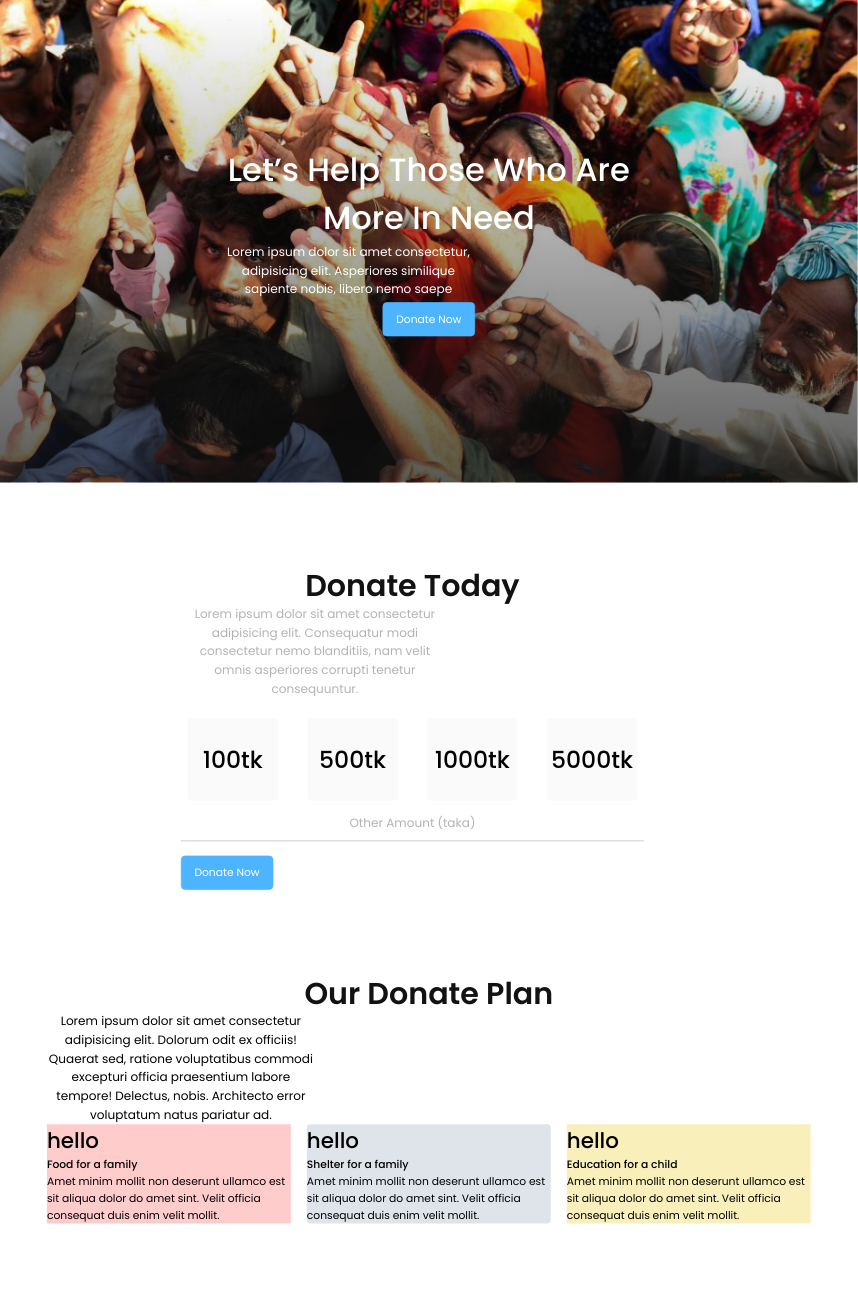
Repository: mdrubel02/donate-website
Page: index.html
The author's editor kept a copy of each file at every save. The page is drawn from the files as they stood at one save, then again after the next save.
The browser window is 1280 px wide. The pictures show the whole page, at 67% of full size.

Above is the page before, as saved 2022-07-06 14:54:47.

After the next save:
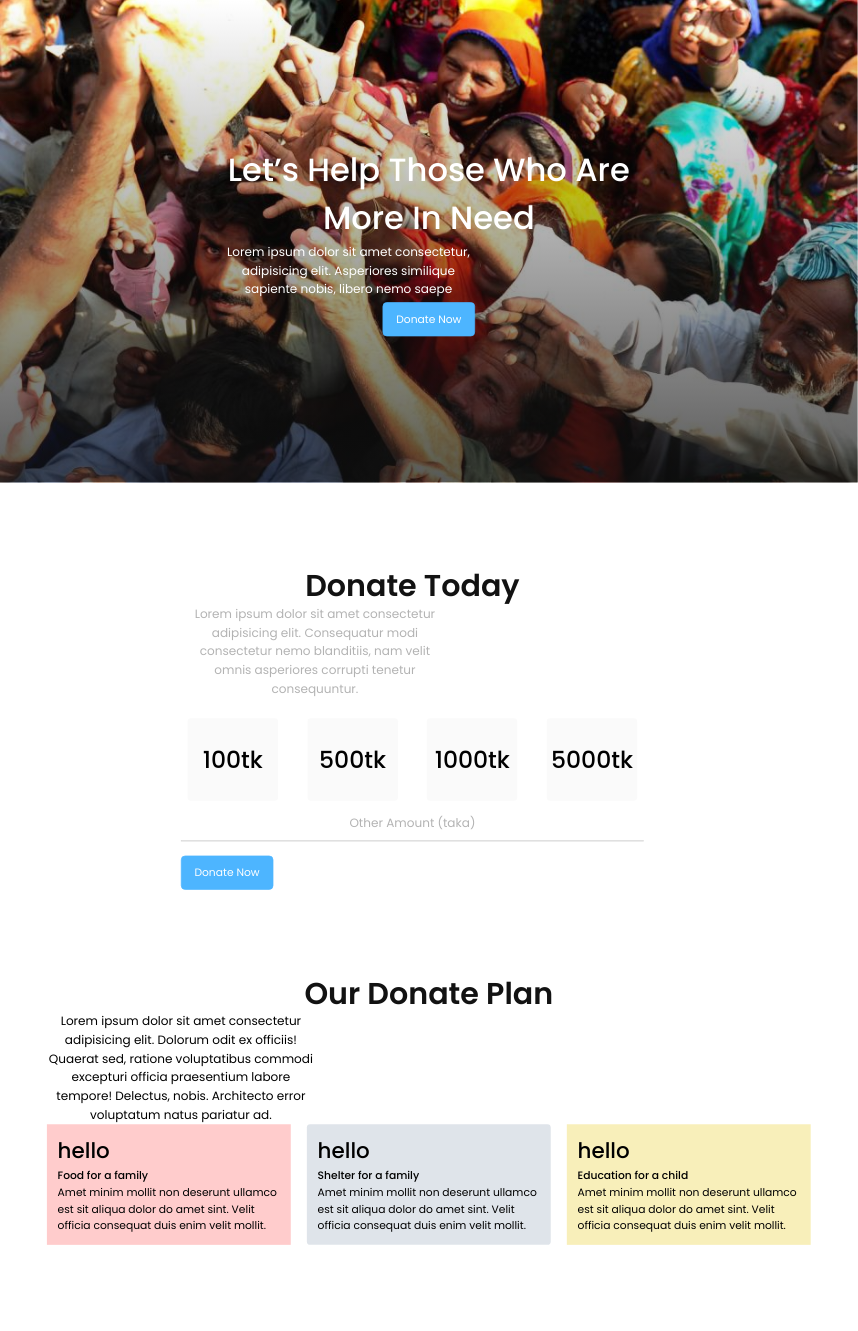
Saved 55 s later.
--- a/index.css
+++ b/index.css
@@ -207,4 +207,5 @@ hr {
 .donate-plan-content{
     display: flex;
     flex-direction: column;
-}
+    padding: 1rem;
+}
